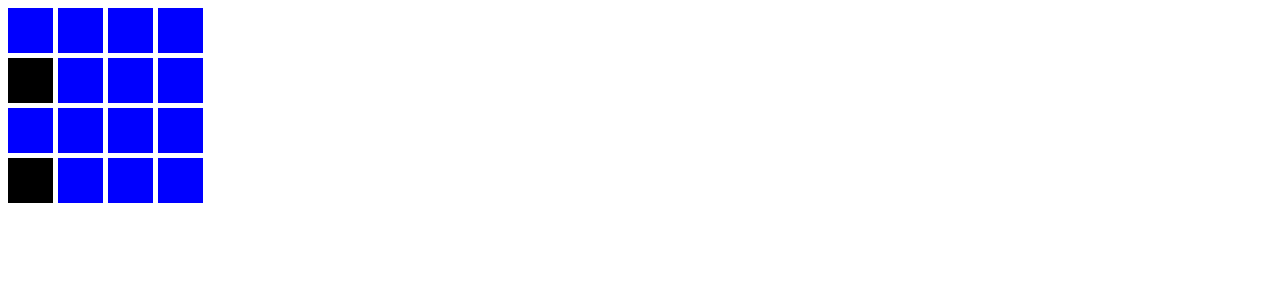
Repository: JAEGyEOng69/Python
Page: workspace_python/FAST_SOCKET/static/canvas4.html
These files come from the project's save history. The page is drawn as it stood at one moment and after the next save; the edit follows.
The browser window is 1280 px wide. The pictures show the whole page.

Above is the page before, as saved 2022-10-18 01:49:58.

### workspace_python/FAST_SOCKET/static/canvas4.html
<!DOCTYPE html>
<html>
<head>
<meta charset="UTF-8">
<title>Insert title here</title>
<script type="text/javascript">
	var str = "1,0,1,0,1,1,1,0,0,0,0,1,1,1,0,0" ;
	function myinit(){
		var arr = str.split(",");
		var canvas = document.querySelector('#mycan');
		var ctx = canvas.getContext('2d');
		for(var i=0; i<4; i++){
			for(var j=0; j<4; j++){
				if(arr[i][j]==0){
					ctx.fillStyle = 'black';
					ctx.fillRect(j*50, i*50, 45, 45);
				}else{
					ctx.fillStyle = 'blue';
					ctx.fillRect(j*50, i*50, 45, 45);
				}

			}
		}
	}
</script>
</head>
<body onload="myinit()">

<canvas id="mycan" width="500px" height="500">

</canvas>

</body>
</html>

After the next save:
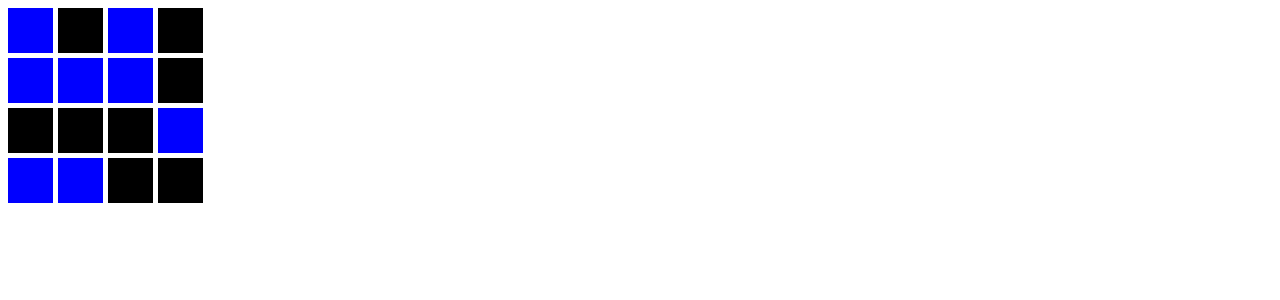
Saved 7 min 18 s later.
--- a/workspace_python/FAST_SOCKET/static/canvas4.html
+++ b/workspace_python/FAST_SOCKET/static/canvas4.html
@@ -11,7 +11,7 @@
 		var ctx = canvas.getContext('2d');
 		for(var i=0; i<4; i++){
 			for(var j=0; j<4; j++){
-				if(arr[i][j]==0){
+				if(arr[4*i+j]==0){
 					ctx.fillStyle = 'black';
 					ctx.fillRect(j*50, i*50, 45, 45);
 				}else{
